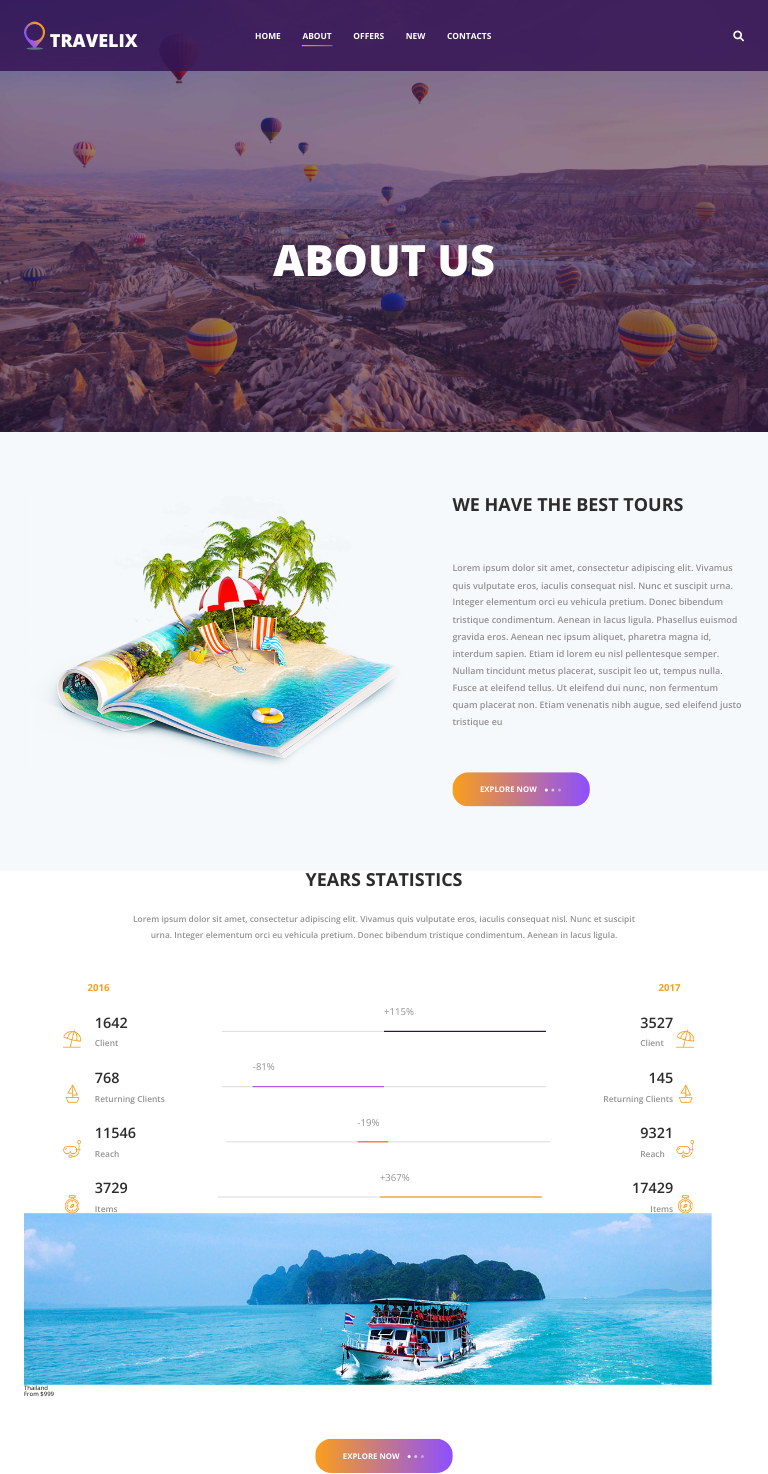
Repository: phamhuuloc/Travelix_Template
Page: about.html
These files come from the project's save history. The page is drawn as it stood at one moment and after the next save; the edit follows.
The browser window is 1280 px wide. The pictures show the whole page, at 60% of full size.
Backgrounds fixed to the window are drawn as part of the page. Some web fonts or font styles are not loaded; a fallback is used.

Above is the page before, as saved 2021-10-13 10:14:47.

After the next save:
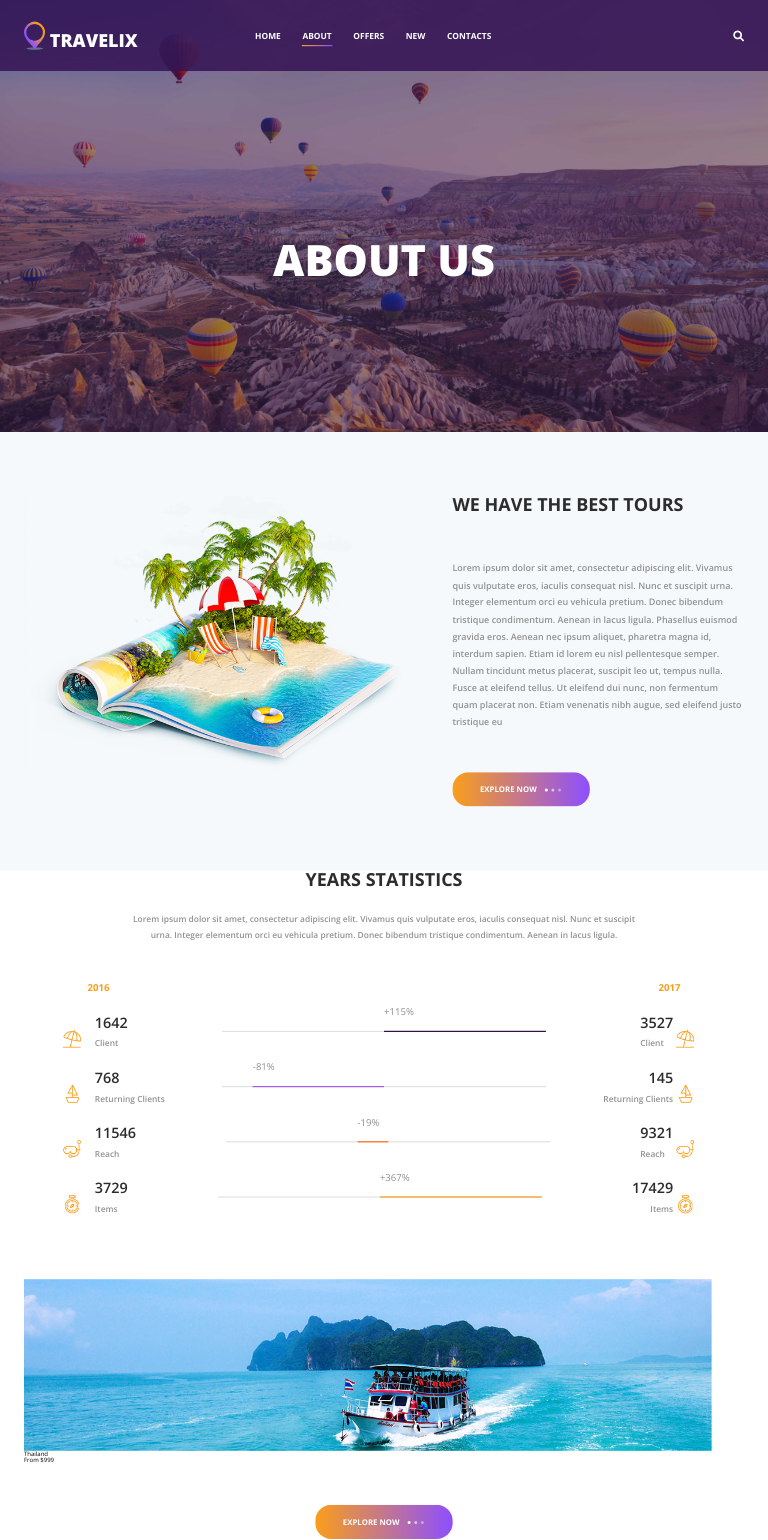
Saved 58 s later.
--- a/assets/css/about.css
+++ b/assets/css/about.css
@@ -126,3 +126,6 @@
   height: 2px;
   background-color: rgb(49, 18, 75);
 }
+.popular {
+  margin-top: 11rem;
+}
